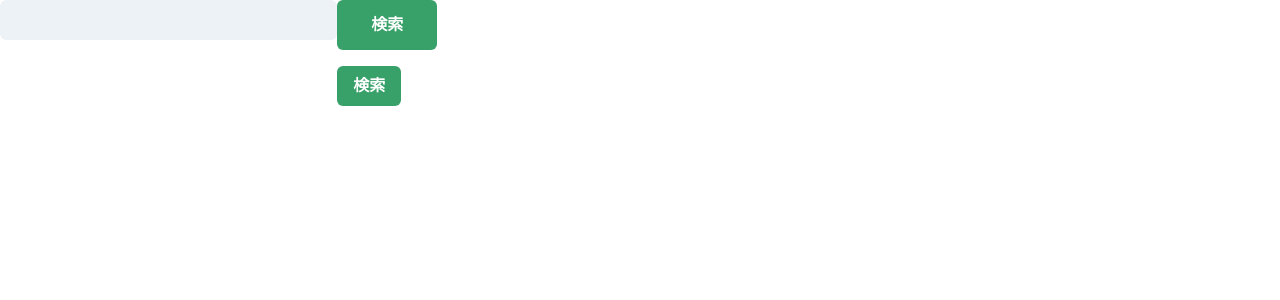
Repository: kanshu-1118/gpt-schoollife
Page: /
The author's editor kept a copy of each file at every save. The page is drawn from the files as they stood at one save, then again after the next save.
The browser window is 1280 px wide. The pictures show the whole page.
The page's requests for data from a server got no answer. The project was rebuilt for these pictures with package versions that can differ from the ones it lists, and the page was loaded fresh each time. The framework's server and built-in components were replaced by stand-ins that run in the browser. No one was signed in, and anything a server would have sent is missing. Also part of the build but not shown: next.config.js.

Above is the page before, as saved 2023-05-22 14:22:13.

### src/pages/_app.tsx
import type { AppProps } from 'next/app'
import { ChakraProvider } from '@chakra-ui/react'

export default function App({ Component, pageProps }: AppProps) {
  return (
    <ChakraProvider>
      <Component {...pageProps} />
    </ChakraProvider>
  )
}

### src/pages/index.tsx
import { Box,Center,Flex,Input,Button,Wrap, WrapItem } from '@chakra-ui/react';
import { Inter } from 'next/font/google'
import { useEffect, useState } from 'react';


const inter = Inter({ subsets: ['latin'] })


export default function Home() {
  const [posts, setPosts] = useState([]);
  const [keyword,setKeyword] = useState("鍋")
  const [text, setText] = useState("")

  useEffect(()=>{
    const params ={
      keyword : keyword,
    }
    const query = new URLSearchParams(params)
    const fetchPosts = async()=>{
      const responce = await fetch(`/api/hello?${query}`)
      const data = await responce.json()
      setPosts(data.users.results.shop)

    }
    fetchPosts()
  },[keyword])
  const format = () =>{
    setKeyword(text)
  }
  {
      return (
        <>
          <Flex w='max' h={30} justify='center'>
            <Input type="text" variant='filled' onChange={(e)=>{setText(e.target.value)}}/>
            <Wrap spacing={4}>
              <WrapItem>
                <Button variant='solid' w={"100px"} h="50px"  colorScheme='green'>検索</Button>
              </WrapItem>
              <WrapItem>
                <Button variant='solid' colorScheme='green'>検索</Button>
              </WrapItem>
            </Wrap>
          </Flex>
        </>
      )
  }
}

Loaded but not shown: src/pages/_document.tsx (common file)

After the next save:
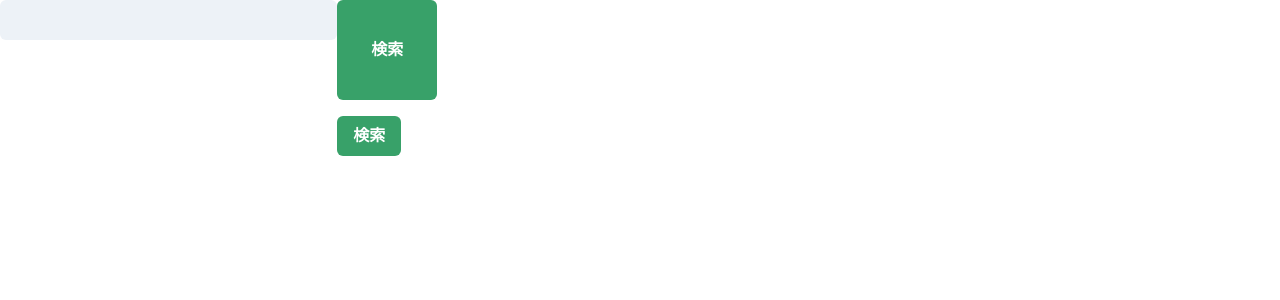
Saved 22 s later.
--- a/src/pages/index.tsx
+++ b/src/pages/index.tsx
@@ -34,7 +34,7 @@ export default function Home() {
             <Input type="text" variant='filled' onChange={(e)=>{setText(e.target.value)}}/>
             <Wrap spacing={4}>
               <WrapItem>
-                <Button variant='solid' w={"100px"} h="50px"  colorScheme='green'>検索</Button>
+                <Button variant='solid' w={"100px"} h="100px"  colorScheme='green'>検索</Button>
               </WrapItem>
               <WrapItem>
                 <Button variant='solid' colorScheme='green'>検索</Button>
